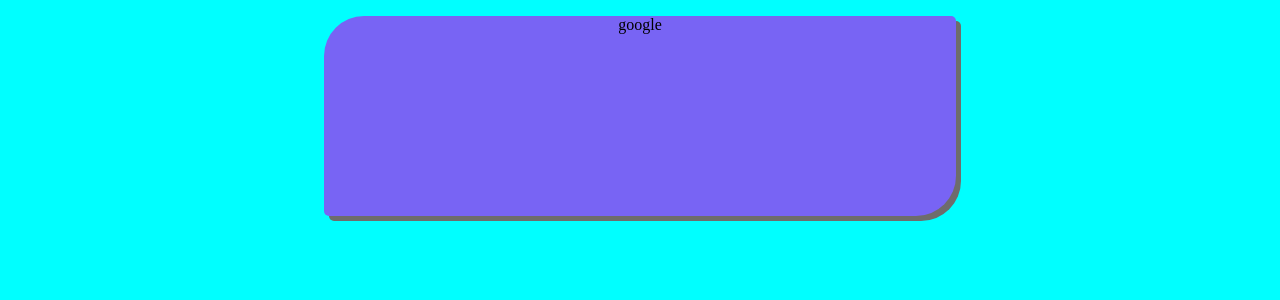
Repository: Aakarshit-Sharma19/Basic-HTML-and-CSS-Page-
Page: index.html
The author's editor kept a copy of each file at every save. The page is drawn from the files as they stood at one save, then again after the next save.
The browser window is 1280 px wide. The pictures show the whole page.

Above is the page before, as saved 2020-11-08 11:00:52.

After the next save:
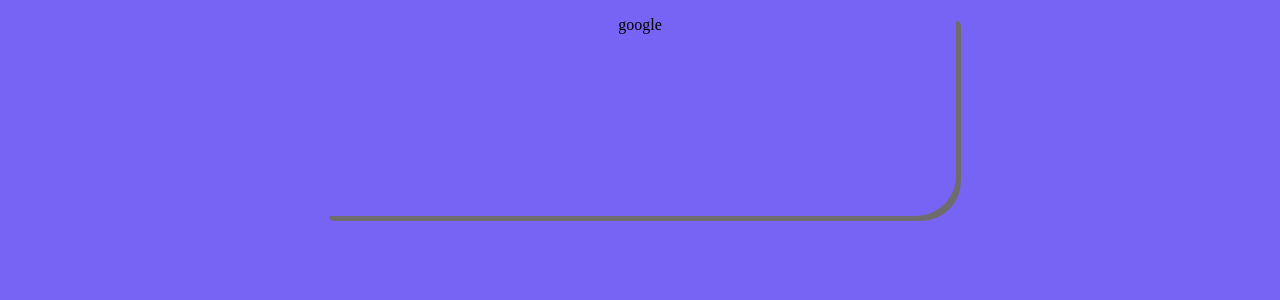
Saved 13 s later.
--- a/index.html
+++ b/index.html
@@ -7,7 +7,7 @@
     <title>Document</title>
     <style>
         html {
-            background-color: aqua;
+            background-color: #7864F4;
         }
         .shape {
             margin: auto;
